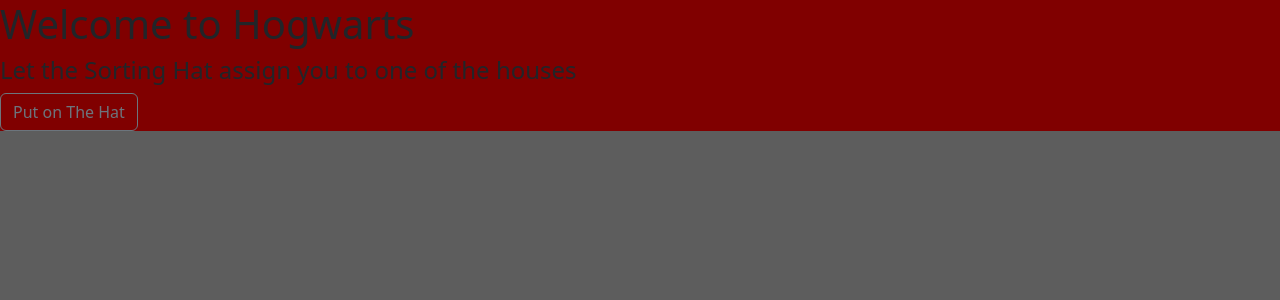
Repository: fernandabenavides618nash/INDIVIDUAL-PROJECT-sorting-hat
Page: index.html
These files come from the project's save history. The page is drawn as it stood at one moment and after the next save; the edit follows.
The browser window is 1280 px wide. The pictures show the whole page.

Above is the page before, as saved 2023-05-04 14:27:01.

### index.html
<!DOCTYPE html>
<html lang="en">
<head>
  <meta charset="UTF-8">
  <meta http-equiv="X-UA-Compatible" content="IE=edge">
  <meta name="viewport" content="width=device-width, initial-scale=1.0">
  <title>sorting hat</title>
  <link href="https://cdn.jsdelivr.net/npm/bootstrap@5.3.0-alpha3/dist/css/bootstrap.min.css" rel="stylesheet"            integrity="sha384-KK94CHFLLe+nY2dmCWGMq91rCGa5gtU4mk92HdvYe+M/SXH301p5ILy+dN9+nJOZ" crossorigin="anonymous">
  <link rel="stylesheet" href="main.css">
</head>
<body>
  <div class="intro" id="intro-screen"></div>
  <div class="form" id="form-div"></div>
  <div class="school" id="school-div"></div>
  <div class="app" id="app"></div>
  <script src="https://cdn.jsdelivr.net/npm/bootstrap@5.3.0-alpha3/dist/js/bootstrap.bundle.min.js" integrity="sha384-ENjdO4Dr2bkBIFxQpeoTz1HIcje39Wm4jDKdf19U8gI4ddQ3GYNS7NTKfAdVQSZe" crossorigin="anonymous"></script>
  <script src="main.js"></script>
</body>
</html>

### main.css
body{
  background-color:#5d5d5d;
}

#intro-screen {
  background-color: maroon;
  justify-content: center;

}

### main.js
console.log("here");

// Data

const army = [];

const houses = [
  {
    number: 1,
    name: "Gryffindor",
    color: "red",
  },
  {
    number: 2,
    name: "Hufflepuff",
    color: "yellow",
  },
  {
    number: 3,
    name: "Ravenclaw",
    color: "blue",
  },
  {
    number: 4,
    name: "Slytherin",
    color: "green",
  },
];

const voldemort = [
  {
    name: "'Voldemort's Army",
    color: "black",
  },
];

const formHtml = `<div  class="row gy-2 gx-3 align-items-center">
    <div class="col-auto">
      <label class="visually-hidden" for="name">Name</label>
      <input type="text" class="form-control" id="name" placeholder="Jane Doe">
    </div>
      <button id="sort" class="btn btn-primary" >Sort!</button>
    </div>
  </div>`;

const renderToDom = (divId, htmlToRender) => {
  const selectedDivId = document.querySelector(divId); // a variable that stores the desired div (first parameter)
  selectedDivId.innerHTML = htmlToRender; // applies the .innerHTML property to the variable that stores the desired div and results in the htmlToRender (second parameter)
};

const addRenderToDom = (divId, htmlToRender) => {
  const selectedDivId = document.querySelector(divId); // a variable that stores the desired div (first parameter)
  selectedDivId.innerHTML += htmlToRender; // applies the .innerHTML property to the variable that stores the desired div and results in the htmlToRender (second parameter)
};

const start = () => {
  const initialScreen = `<div><h1>Welcome to Hogwarts</h1></div><div><h4>Let the Sorting Hat assign you to one of the houses</h4></div><button type="button" class="btn btn-outline-secondary" id='startButton'>Put on The Hat</button>`;
  renderToDom("#intro-screen", initialScreen);
  const showFormButton = document.querySelector("#startButton");
  showFormButton.addEventListener("click", () => {
    const schoolString = `<div class="students" id="students-div"><h3>Hogwarts</h3></div>
    <div class="expelled" id="expelled-div"><h3>Voldemorts</h3></div>`
    renderToDom('#school-div', schoolString)
    renderToDom("#form-div", formHtml);
    const btnSort = document.querySelector('#sort')
    btnSort.addEventListener('click', () => {
      const name = document.querySelector('#name').value
      createNewStudent(name)
    })

  });
};
start();


const createNewStudent = (name) => {
  const houseNumber = Math.floor(Math.random() * 4)
  console.log(houseNumber)
  let houseName = ""
   houses.forEach(house => {
      if(house.number === houseNumber + 1){
        houseName += house.name
      }

   })
   createStudentCard(name, houseName)

}

const createStudentCard = (name, house) => {
  const domString = `<div class="card w-75">
  <div class="card-body">
    <h5 class="card-title">${name}</h5>
    <p class="card-text">${house}</p>
    <a href="#" class="btn btn-primary" id="btn${name}">Expel</a>
  </div>
</div>`
addRenderToDom('#students-div', domString)
const btn = document.querySelector(`#btn${name}`)
btn.addEventListener('click', () => {

})
}






/*const createNewStudent = () => {
  e.preventDefault();
  const newStudentCard = {
    name: document.querySelector("#name").value,
    house: Math.floor(Math.random() * 4),
    expel: document.querySelector("#expelId"),
  };
  students.push(newStudentCard);
};*/

/*const roster = (array) => {
  let domString = `<div class="card w-75">
  <div class="card-body">
    <h5 class="card-title">${students.name}</h5>
    <p class="card-text">${students.house}</p>
    <a href="#" class="btn btn-primary" id="expelId">Expel</a>
  </div>
</div>`;
};
*/

After the next save:
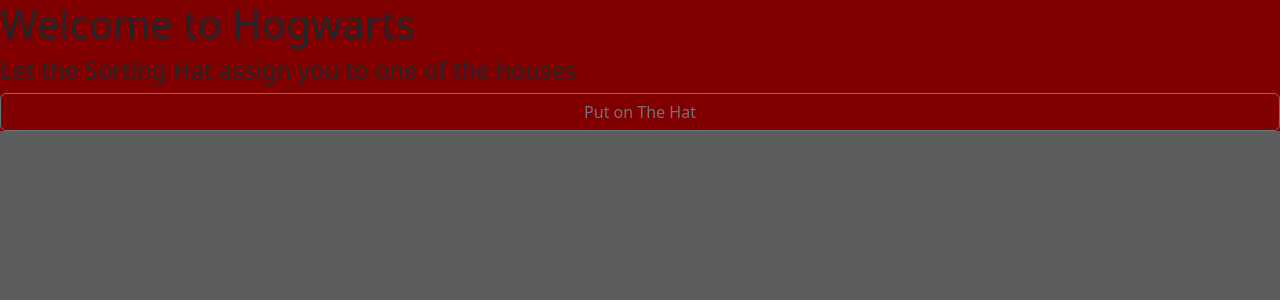
Saved 49 s later.
--- a/main.css
+++ b/main.css
@@ -4,6 +4,6 @@
 
 #intro-screen {
   background-color: maroon;
-  justify-content: center;
-
+  display: flex;
+  flex-direction: column;
 }
